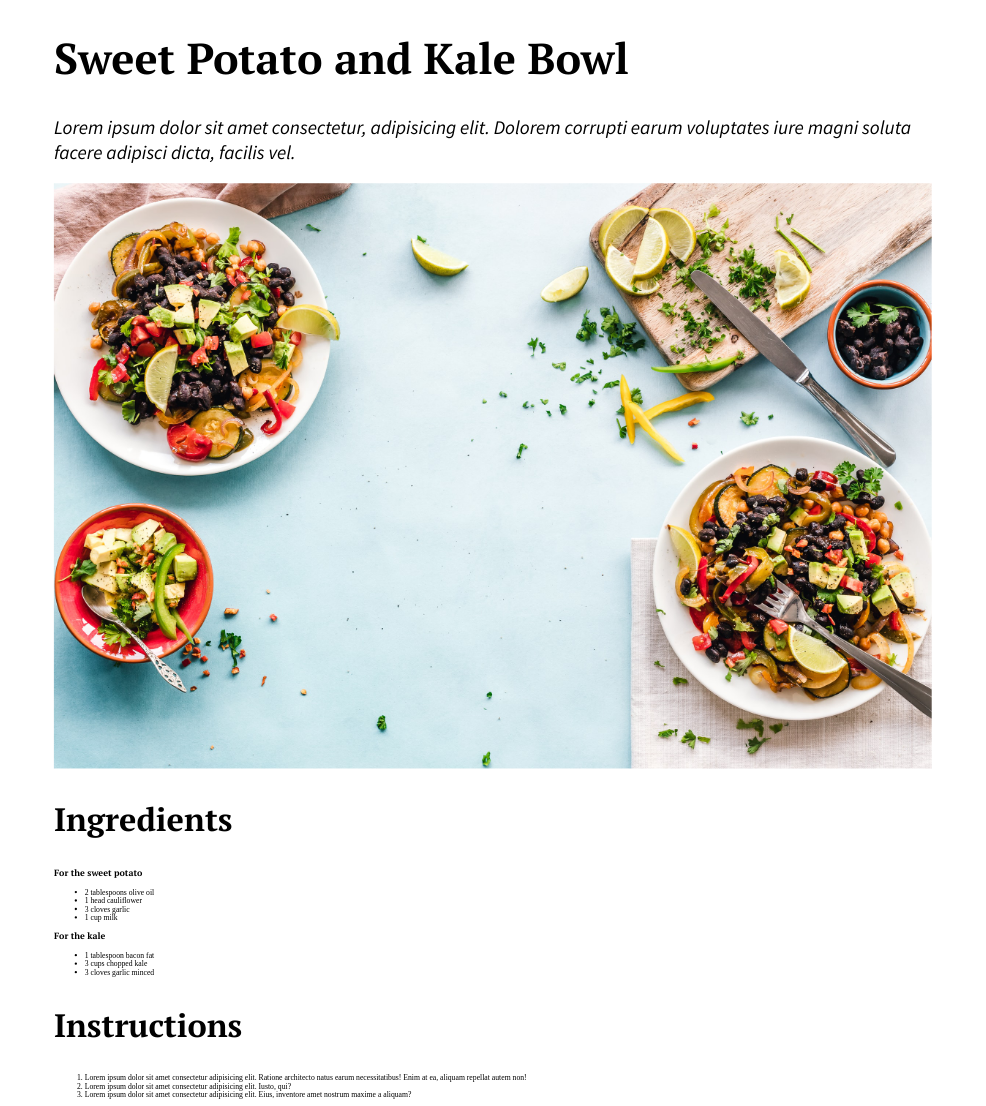
Repository: ZhenyaKu/recipe-art-pages
Page: index.html
The author's editor kept a copy of each file at every save. The page is drawn from the files as they stood at one save, then again after the next save.
The browser window is 1280 px wide. The pictures show the whole page, at 77% of full size.

Above is the page before, as saved 2021-03-15 00:09:54.

After the next save:
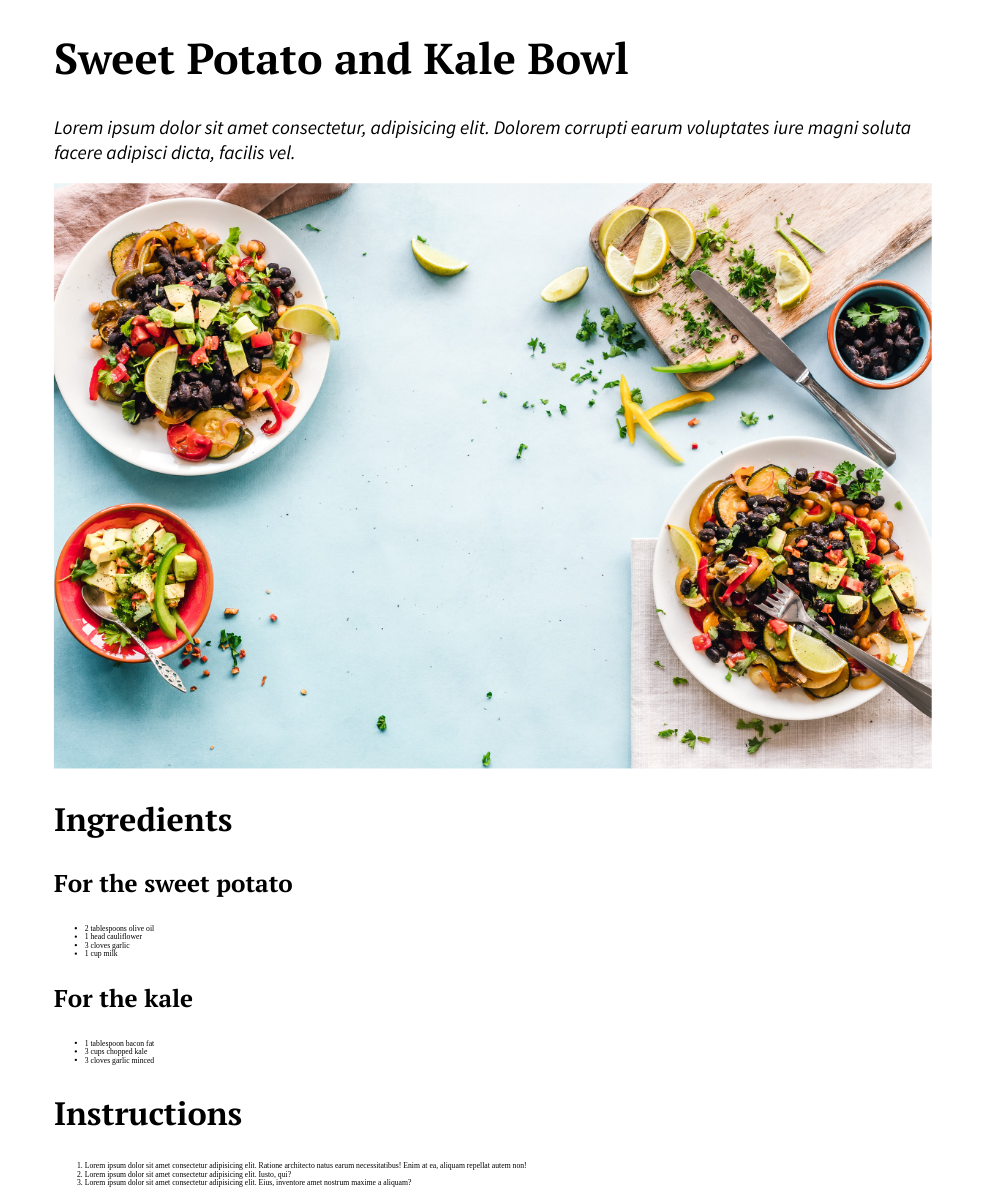
Saved 34 s later.
--- a/css/styles.css
+++ b/css/styles.css
@@ -24,6 +24,9 @@ h2 {
     font-size: 4.209rem;
 }
 
+h3 {
+    font-size: 3.157rem;
+}
 
 img {
     width: 100%;
